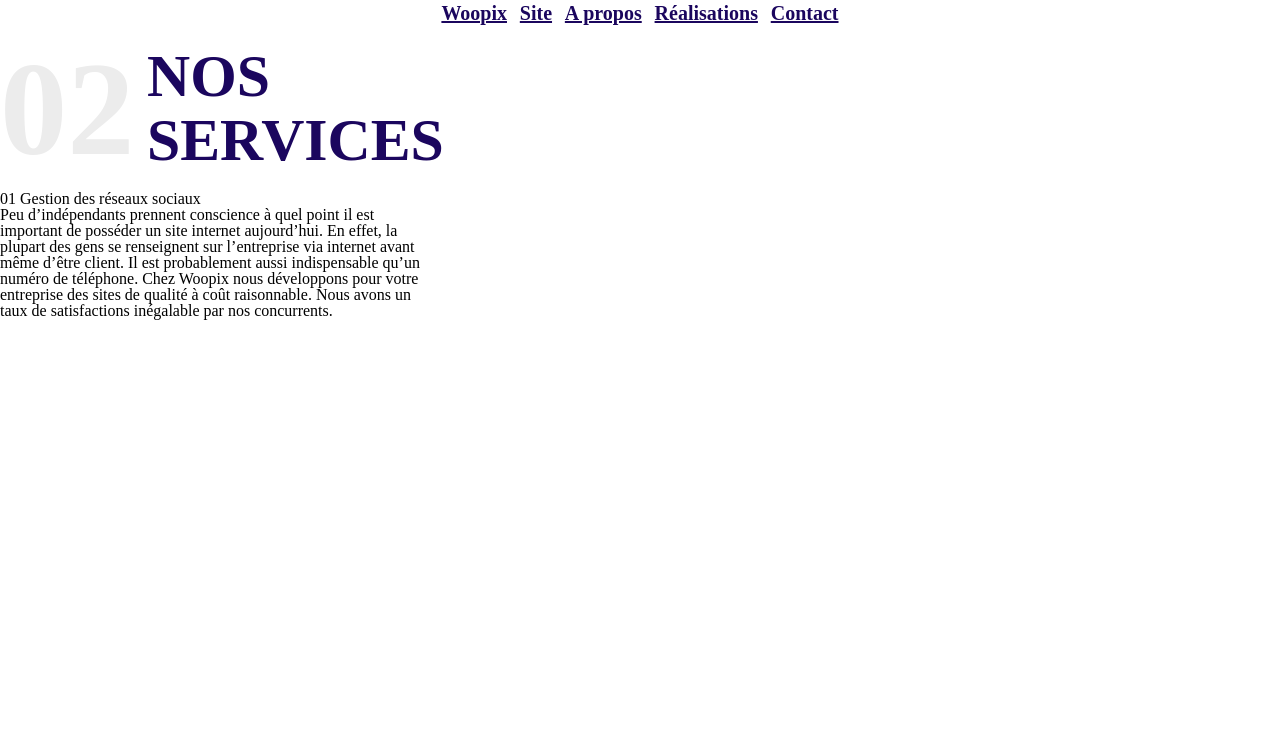
Repository: keloriane/woopix
Page: /woopix/nos-services
These files come from the project's save history. The page is drawn as it stood at one moment and after the next save; the edit follows.
The browser window is 1280 px wide. The pictures show the whole page.
The project was rebuilt for these pictures with package versions that can differ from the ones it lists, and the page was loaded fresh each time. Also part of the build but not shown: src/pages/Services/components/ServiceItem.js, src/pages/Services/components/ServiceOption.js, src/pages/Services/index.js, src/pages/Home.js, src/global/Container.js, src/pages/About/index.js, src/pages/Portfolio/index.js.

Above is the page before, as saved 2020-09-25 13:28:21.

After the next save:
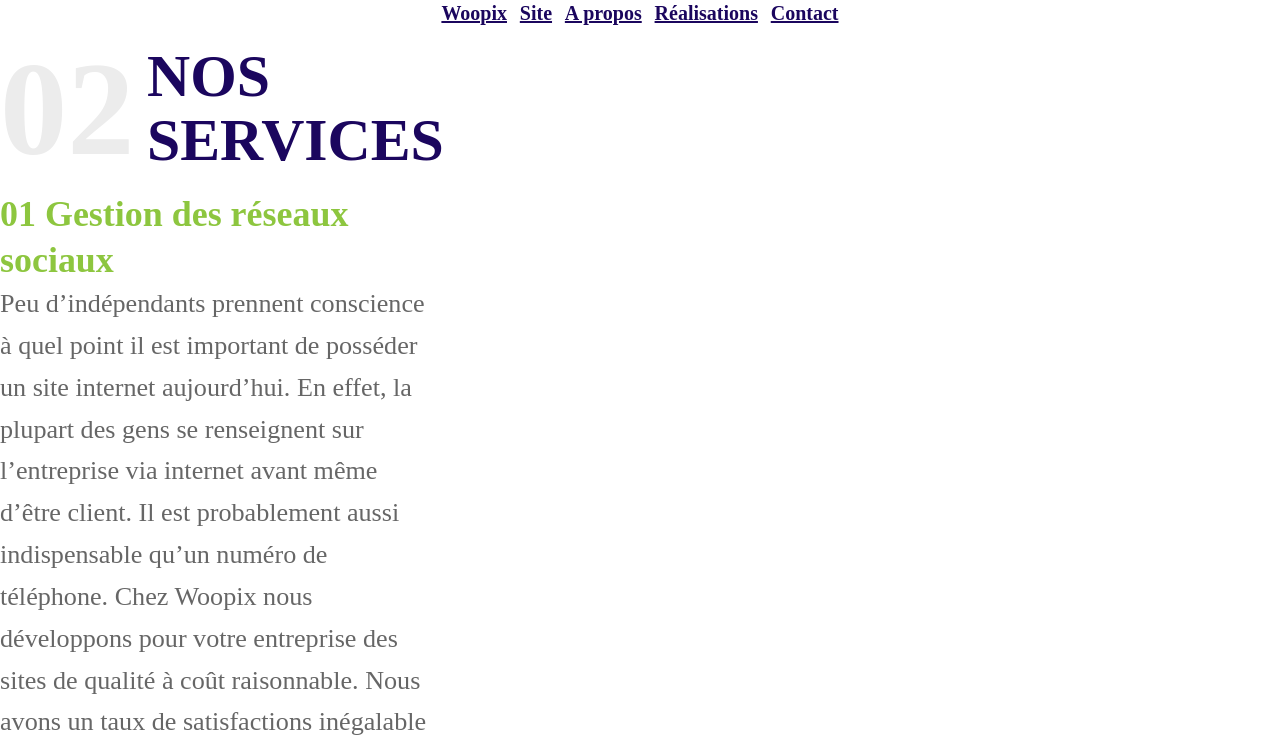
Saved 68 s later.
--- a/src/pages/OurServices/index.js
+++ b/src/pages/OurServices/index.js
@@ -29,10 +29,10 @@
             /* max-width: 279px; */
 
             overflow: inherit;
-            .swiper-wrapper{
-                .swiper-slide-next{
-                    opacity: .5;
-                }
+            .swiper-wrapper {
+              .swiper-slide-next {
+                opacity: 0.5;
+              }
             }
             .slider-title {
               h3 {
@@ -59,14 +59,35 @@
       }
     }
     @media screen and (min-width: 596px) {
-        #our-service{
-            .services{
-                .slider-container{
-                    width: 431px;
-                    height: 612px;
-                }
+      #our-service {
+        .services {
+          .slider-container {
+            width: 431px;
+            height: 612px;
+            .slider-title {
+              h3 {
+                font-style: normal;
+                font-weight: bold;
+                font-size: 35.9547px;
+                line-height: 46px;
+
+                color: #8dc63f;
+              }
             }
+            .slider-text {
+              p {
+                font-style: normal;
+                font-weight: normal;
+                font-size: 26.1507px;
+                line-height: 160.2%;
+                /* or 42px */
+
+                color: rgba(0, 0, 0, 0.6);
+              }
+            }
+          }
         }
+      }
     }
     @media screen and (min-width: 992px) {
     }
@@ -76,11 +97,7 @@
       <div id="our-service">
         <div className="services">
           <Title num="02" firstP="nos" secondP="services" />
-          <Swiper
-
-
-            className="slider-container"
-          >
+          <Swiper className="slider-container">
             <SwiperSlide>
               <div className="slider-title">
                 <h3>01 Gestion des réseaux sociaux</h3>
